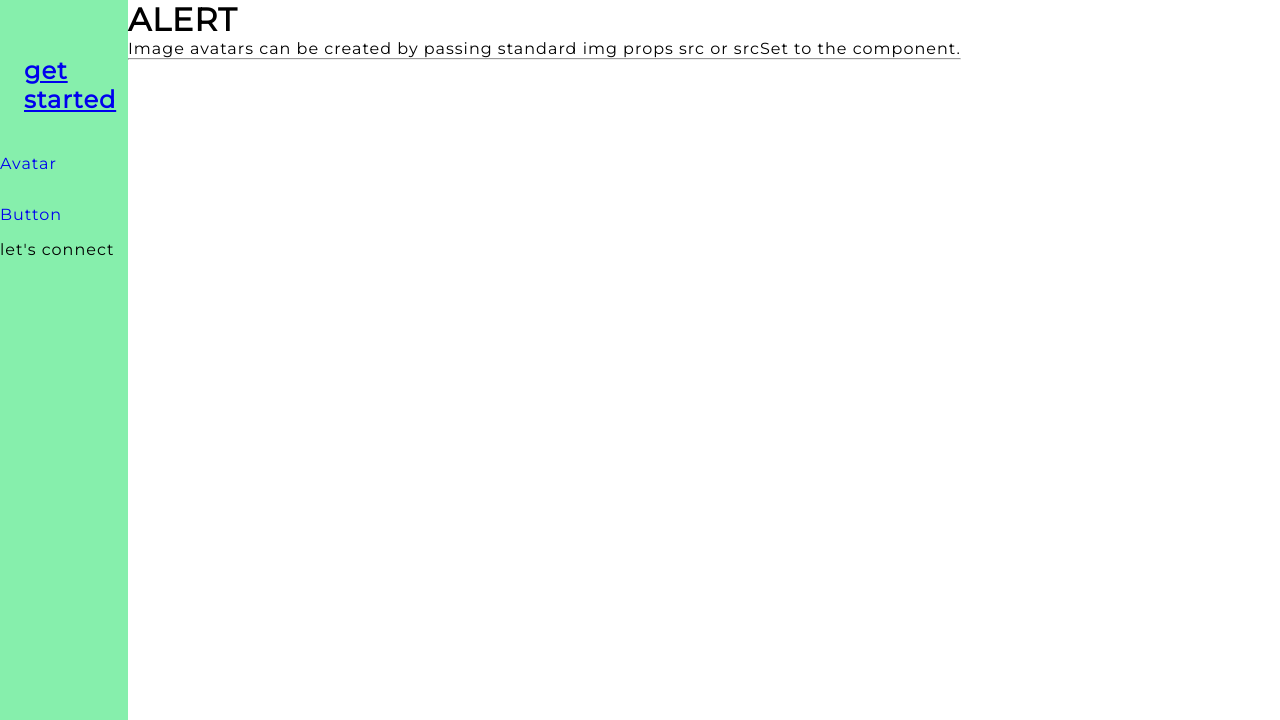
Repository: Anasooya2601/Components_UI
Page: components/Alert/Alert.html
These files come from the project's save history. The page is drawn as it stood at one moment and after the next save; the edit follows.
The browser window is 1280 px wide. The pictures show the whole page.

Above is the page before, as saved 2022-02-12 09:34:38.
Not found: components/
Not found: components/Avatar/index.css

### components/Alert/Alert.html
<!DOCTYPE html>
<html lang="en">
<head>
    <meta charset="UTF-8">
    <meta http-equiv="X-UA-Compatible" content="IE=edge">
    <meta name="viewport" content="width=device-width, initial-scale=1.0">
    <title>Alert</title>
    <link rel="stylesheet" href="/main/main.css">
    <link rel="stylesheet" href="../comp.css">
</head>
<body><!-- main -->
    <div class="main-container">
        <div class="navbar-wrapper">

            <div class="nav">
                <div class="navbar-header">
                <div class="logo">
                    <a href="/index.html"></a>
                 </div>
                </div>
            </div>

        <!-- topics -->
        <a href="/main/main.html" class="text">get started</a>
        <div class="navbar-main">
            <a href="/components/Avatar/index.html">Avatar</a>
            <a href="/components/Button/button.html">Button</a>
        </div>
        <!-- footer -->
        <div class="footer">
            <div class="footer-text">
                <p>let's connect</p>
            </div>
        </div>
        </div>


    <div class="header">
        <div class="section-header">
            <div>
                <h1 class="text-header">ALERT</h1>
                    <p class="para">
                        Image avatars can be created by passing standard img props src or srcSet to the component.
                    </p>
              <hr>

            </div>
        </div>

    </div>
</div>
</body>
</html>

### main/main.css
@import url('https://fonts.googleapis.com/css2?family=Montserrat&display=swap');
*{
    margin: 0;
    padding: 0;
    box-sizing: border-box;
}

body{
    letter-spacing: 1px;
}

/* color variable */
:root{
    font-family: 'Montserrat', sans-serif;
    font-weight: 400;
    --main-color:#fca5a5;
    --green:#86efac;
}

/* logo */
.logo{
    display: flex;
    justify-content: center;
}

.logo a{
    color: var(--main-color);
    font-size: 2.5rem;
    display: flex;
    align-items: flex-end;
}




.main-container{
    display: flex;
}

.text{
    font-size: 1.5rem;
    margin: 1.5rem;
    font-weight: bold;
}
/* navbar */
.navbar-wrapper{
    width: 10%;
    height: 100vh;
    font-size: 1rem;
    flex-direction: column;
    overflow-y: scroll;
display: flex;
flex-shrink: 0;
background-color: var(--green);
}
.nav{
    display: flex;
    flex-direction: column;
}
.navbar-main{
    display: flex;
    flex-direction: column;
}
.navbar-main a{
  border-radius: 40px;
  padding: 1rem 0rem 1rem 0rem;
  letter-spacing: 1px;
  transition: 0.3s all ease-in-out;
  text-decoration: none;
}
.navbar-header{
    border-bottom: var(--main-color);
    padding: 1rem;
}

### components/comp.css
@import "./Alert/alert.css";
@import "./Avatar/index.css";
@import "./Button/button.css";
@import "../main/main.css";
@import"./";
@import"./";
@import"./";
@import"";
@import"";

### components/Button/button.css
@import url('https://fonts.googleapis.com/css2?family=Montserrat:ital@1&family=Roboto:ital,wght@0,400;1,300&family=Space+Grotesk:wght@700&display=swap');
.main-text{
    margin: 2rem 0;
}

.btn-container{
display: flex;
flex-wrap: wrap;
margin-top: 1.5rem;
gap: 1rem;
align-items: center;


}

.btn {
border:none;
background-color: none;
outline: none;
padding: 0.5rem 1rem;
border: 5px;
border-radius: 5px;
font-size: 1.1rem;
cursor: pointer;
color: #0e9aeb;
font-family: 'Gill Sans', 'Gill Sans MT', Calibri, 'Trebuchet MS', sans-serif;
}

.primary{
    background-color:#fbbf24 ;

}
.secondary{
    background-color: #fca5a5;
}
.danger{
    background-color: #bef264;
}
.success{
    background-color: #0369a1;
}
.warning{
    background-color: #ded48f;
}

/* outlined-button */
.outlined-sub{
    margin-top: 1.5rem;
}
.outlined-btn{
border-radius: 8px;
font-size: 1.1rem;
letter-spacing: 1px;
color:#0369a1;
background-color: white;
cursor: pointer;
padding: 0.5rem;
gap: 1rem;
}
.outlined-primary{
    border: 0.5px solid #0369a1;
}
.outlined-secondary{
    border: 0.5px solid #0369a1;
}
.outlined-warning{
    border: 0.5px solid #0369a1;
}
.outlined-attention{
    border: 0.5px solid #0369a1;
}
.btn-icon{
background-color: white;
cursor: pointer;
}
/* icon-btn */


/* floating-btn */
.btn-float{
    color: white;
    background-color: #0e9aeb;
    padding: 0.6rem 1rem;
    box-shadow: #ded48f 0px 8px 16px;
}

Loaded but not shown: components/Alert/Alert.css (no stored copy; drawn as an empty file)

After the next save:
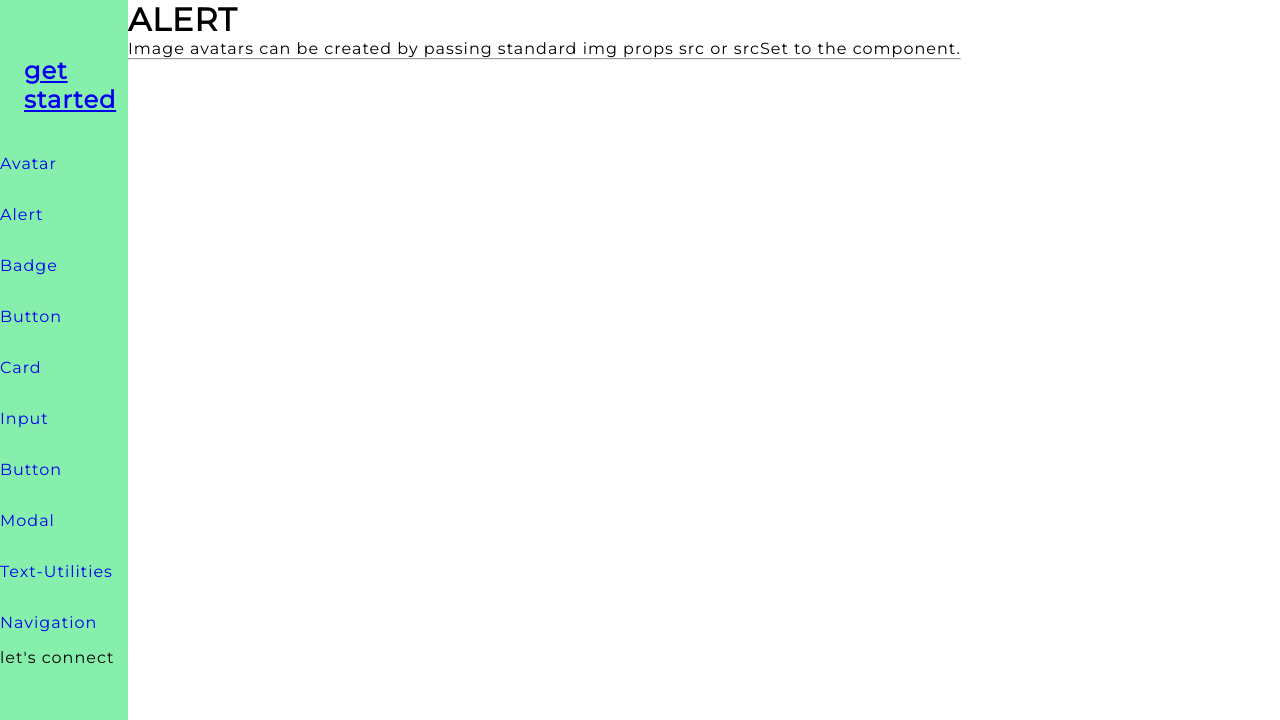
Saved 21 min 1 s later.
--- a/components/Alert/Alert.html
+++ b/components/Alert/Alert.html
@@ -24,7 +24,15 @@
         <a href="/main/main.html" class="text">get started</a>
         <div class="navbar-main">
             <a href="/components/Avatar/index.html">Avatar</a>
+            <a href="/components/Alert/alert.html">Alert</a>
+            <a href="/components/Badge/badge.html">Badge</a>
             <a href="/components/Button/button.html">Button</a>
+             <a href="/components/Card/card.html">Card</a>
+             <a href="/components/Image/image.html">Input</a>
+            <a href="/components/Input/input.html">Button</a>
+            <a href="/components/Modal/modal">Modal</a>
+            <a href="/components//TextUtilities/textutilities">Text-Utilities</a>
+            <a href="/components/Navigation/navigation">Navigation</a>
         </div>
         <!-- footer -->
         <div class="footer">
